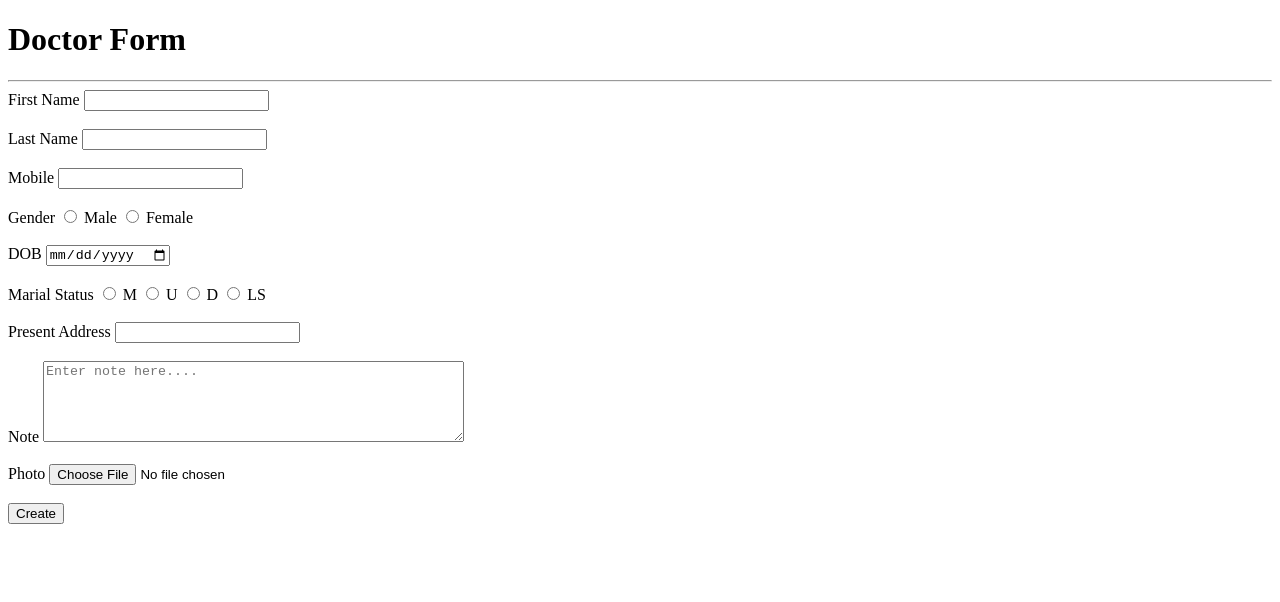
Repository: aayush105/Advance-Java
Page: http://localhost/Doctorpatient/patient.jsp
These files come from the project's save history. The page is drawn as it stood at one moment and after the next save; the edit follows.
The browser window is 1280 px wide. The pictures show the whole page.
The page is served by Tomcat 10.

Above is the page before, as saved 2023-07-20 11:26:55.

After the next save:
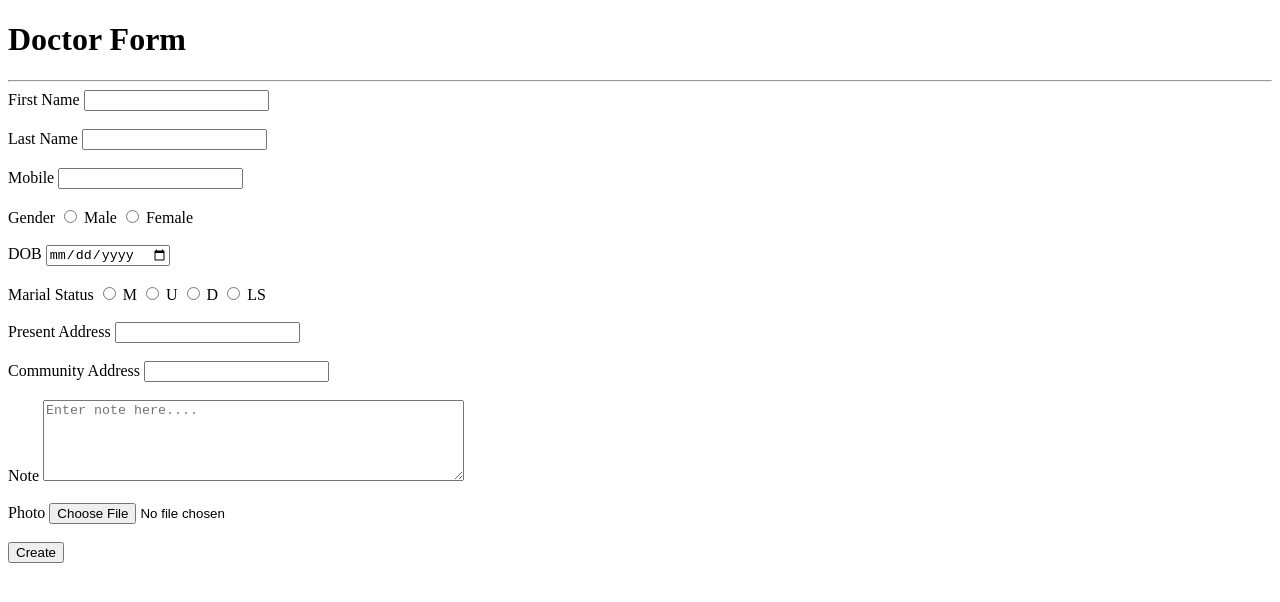
Saved 19 s later.
--- a/Doctorpatient/src/main/webapp/patient.jsp
+++ b/Doctorpatient/src/main/webapp/patient.jsp
@@ -24,7 +24,8 @@ Marial Status <input type="radio" name="status" value="M"> M
 <input type="radio" name="status" value="D"> D
 <input type="radio" name="status" value="LS"> LS
 <br><br>
-Present Address <input type ="text" name ="address"><br><br>
+Present Address <input type ="text" name ="paddress"><br><br>
+Community Address <input type ="text" name ="caddress"><br><br>
 Note <textarea rows = "5" cols = "50" name = "note" placeholder ="Enter note here...."></textarea><br><br>
 Photo <input type="file" name="photo"><br><br>
   <input type="submit" value="Create" >
